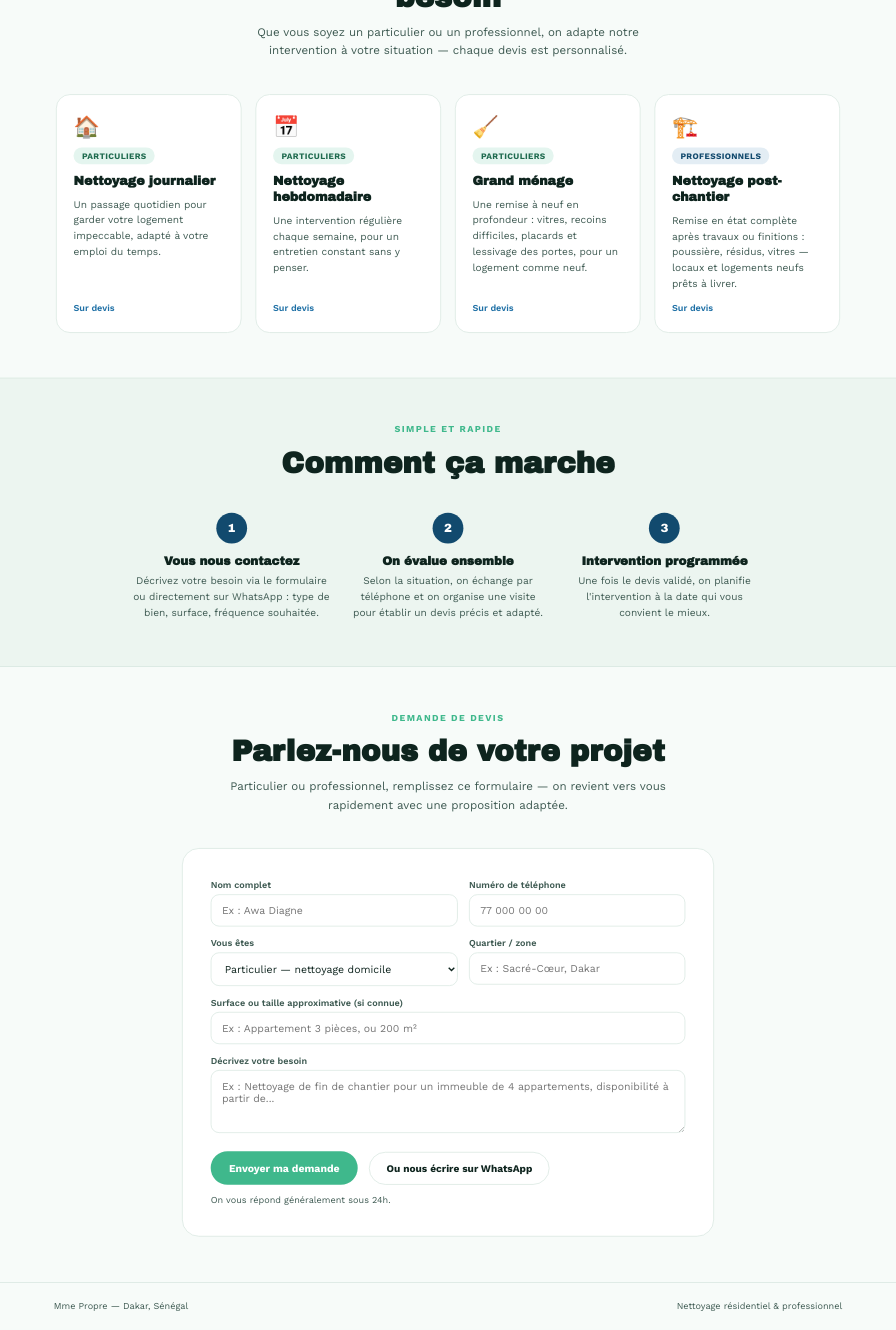
Repository: AntaaaKD/Mme-Propre
Page: Particulier.html
An editor plug-in stored every save of this project. The page is shown before and after the next save, followed by the edit.
The browser window is 1280 px wide. The pictures show the part of the page from y = 811 to 2731 px (the page is 2711 px tall before and 2731 px after), at 70% of full size.

Above is the page before, as saved 2026-07-20 22:20:38.

After the next save:
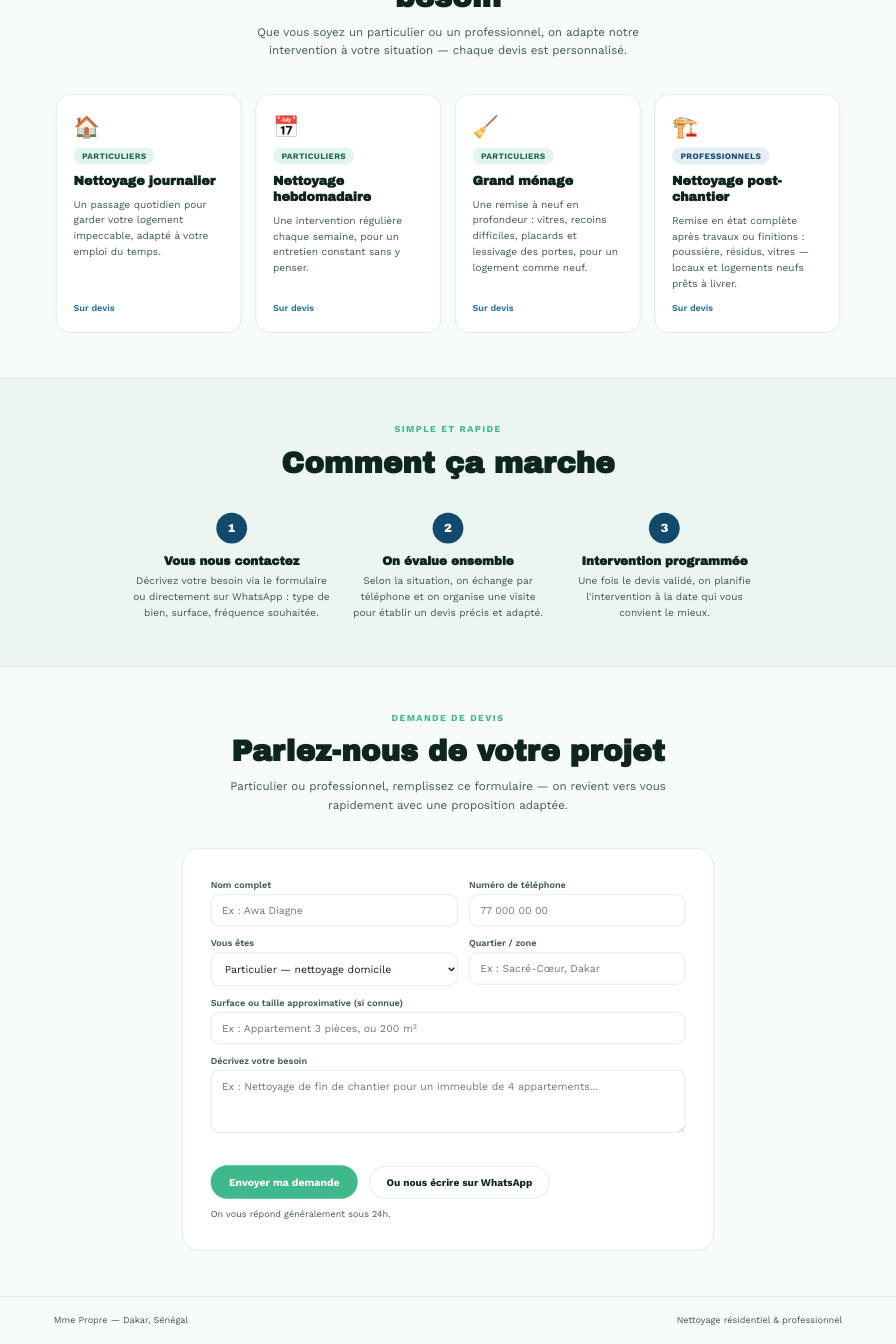
Saved 46 s later.
--- a/Particulier.html
+++ b/Particulier.html
@@ -7,8 +7,11 @@
 <link rel="icon" type="image/png" >
 <link rel="preconnect" href="https://fonts.googleapis.com">
 <link rel="preconnect" href="https://fonts.gstatic.com" crossorigin>
+<link href="https://fonts.googleapis.com/css2?family=Archivo+Black&family=Work+Sans:wght@400;500;600;700&display=swap" rel="stylesheet">
+
+<!-- 🟥 1. SÉCURITÉ : Script Cloudflare Turnstile -->
 <script src="https://challenges.cloudflare.com/turnstile/v0/api.js" async defer></script>
-<link href="https://fonts.googleapis.com/css2?family=Archivo+Black&family=Work+Sans:wght@400;500;600;700&display=swap" rel="stylesheet">
+
 <style>
   :root{
     --surface:#F7FBF9;
@@ -119,7 +122,11 @@
   }
   input:focus,select:focus,textarea:focus{border-color:var(--blue);}
   textarea{resize:vertical;min-height:90px;}
-  .submit-row{margin-top:26px;display:flex;align-items:center;gap:16px;flex-wrap:wrap;}
+
+  /* Style pour aligner joliment le widget Turnstile */
+  .security-row { margin-top: 10px; display: flex; justify-content: center; width: 100%; }
+
+  .submit-row{margin-top:20px;display:flex;align-items:center;gap:16px;flex-wrap:wrap;}
   .btn-whatsapp{
     display:inline-flex;align-items:center;gap:10px;background:var(--mint);color:#fff;border:none;
     border-radius:999px;padding:15px 26px;font-family:var(--body);font-weight:700;font-size:15px;cursor:pointer;
@@ -140,10 +147,8 @@
 <body>
 
 <header>
-    <div class="logo">
-    <img src="images/logo-mmepropre.png"
-         alt="Mme Propre"
-         class="logo-img">
+  <div class="logo">
+    <img src="images/logo-mmepropre.png" alt="Mme Propre" class="logo-img">
   </div>
   <nav>
     <a class="nav-link" href="#offres">Nos offres</a>
@@ -240,24 +245,25 @@
 
   <div class="form-wrap">
     <div class="grid">
-      <div class="field"><label for="d-nom">Nom complet</label><input id="d-nom" type="text" placeholder="Ex : Awa Diagne"></div>
-      <div class="field"><label for="d-tel">Numéro de téléphone</label><input id="d-tel" type="tel" placeholder="77 000 00 00"></div>
+      <div class="field"><label for="d-nom">Nom complet</label><input id="d-nom" type="text" placeholder="Ex : Awa Diagne" maxlength="80"></div>
+      <div class="field"><label for="d-tel">Numéro de téléphone</label><input id="d-tel" type="tel" placeholder="77 000 00 00" maxlength="25"></div>
       <div class="field">
         <label for="d-type">Vous êtes</label>
         <select id="d-type">
-          <option>Particulier — nettoyage domicile</option>
-          <option>Professionnel — nettoyage post-chantier</option>
-          <option>Professionnel — bureaux / locaux</option>
-          <option>Autre</option>
+          <option value="Particulier — Domicile">Particulier — nettoyage domicile</option>
+          <option value="Pro — Post-chantier">Professionnel — nettoyage post-chantier</option>
+          <option value="Pro — Bureaux/Locaux">Professionnel — bureaux / locaux</option>
+          <option value="Autre">Autre</option>
         </select>
       </div>
-      <div class="field"><label for="d-zone">Quartier / zone</label><input id="d-zone" type="text" placeholder="Ex : Sacré-Cœur, Dakar"></div>
-      <div class="field full"><label for="d-surface">Surface ou taille approximative (si connue)</label><input id="d-surface" type="text" placeholder="Ex : Appartement 3 pièces, ou 200 m²"></div>
-      <div class="field full"><label for="d-msg">Décrivez votre besoin</label><textarea id="d-msg" placeholder="Ex : Nettoyage de fin de chantier pour un immeuble de 4 appartements, disponibilité à partir de..."></textarea></div>
-    </div>
-
-    <div class="field full security-row">
-      <div class="cf-turnstile" data-sitekey="0x4AAAAAAD6Cu6YosposxSZD"></div>
+      <div class="field"><label for="d-zone">Quartier / zone</label><input id="d-zone" type="text" placeholder="Ex : Sacré-Cœur, Dakar" maxlength="100"></div>
+      <div class="field full"><label for="d-surface">Surface ou taille approximative (si connue)</label><input id="d-surface" type="text" placeholder="Ex : Appartement 3 pièces, ou 200 m²" maxlength="100"></div>
+      <div class="field full"><label for="d-msg">Décrivez votre besoin</label><textarea id="d-msg" placeholder="Ex : Nettoyage de fin de chantier pour un immeuble de 4 appartements..." maxlength="1000"></textarea></div>
+
+      <!-- 🟥 2. SÉCURITÉ : Widget Turnstile (Coller ta vraie Sitekey publique ici) -->
+      <div class="field full security-row">
+        <div class="cf-turnstile" data-sitekey="0x4AAAAAAA....VOTRE_CLE_PUBLIQUE...."></div>
+      </div>
     </div>
 
     <div class="submit-row">
@@ -274,13 +280,8 @@
 </footer>
 
 <script>
-  // ⚠️ Remplacer par le vrai numéro WhatsApp de Mme Propre, format international sans "+" ni espaces
   const WHATSAPP_NUMBER = "221xxxxxxxxx";
-
-  // ⚠️ Remplacer par l'URL de ton application web Apps Script (se termine par /exec)
   const GAS_WEB_APP_URL = "https://script.google.com/macros/s/AKfycbztkSX3TyebbLAMASZva5rAbgVcuSgHpPOw3mWZLaVD60Z6R83ZnjcCemumw_IpcYI8/exec";
-
-  // Le hero renvoie vers #devis et #offres ; le contact WhatsApp reste disponible via le formulaire de devis plus bas.
 
   function getDevisData(){
     return {
@@ -297,9 +298,16 @@
     const btn = document.getElementById('submit-btn');
     const status = document.getElementById('submit-status');
     const data = getDevisData();
+
+    // 🟥 3. SÉCURITÉ : Extraction du jeton généré par Cloudflare Turnstile
     const turnstileResponse = document.querySelector('[name="cf-turnstile-response"]');
-
-const turnstileToken = turnstileResponse ? turnstileResponse.value : "";
+    const turnstileToken = turnstileResponse ? turnstileResponse.value : "";
+
+    if (!turnstileToken) {
+      status.textContent = "Veuillez valider la vérification de sécurité (anti-bot).";
+      status.style.color = "#B3261E";
+      return;
+    }
 
     if(!data.nom || !data.tel){
       status.textContent = "Merci de renseigner au moins votre nom et votre numéro.";
@@ -310,24 +318,32 @@ const turnstileToken = turnstileResponse ? turnstileResponse.value : "";
     btn.disabled = true;
     btn.textContent = "Envoi en cours...";
     status.style.color = "";
-    status.textContent = "Merci de patienter, ça ne prend que quelques secondes.";
-
-    try{
+    status.textContent = "Validation en cours...";
+
+    try {
+      // 🟥 4. SÉCURITÉ : Transmission du jeton Turnstile avec le payload
       await fetch(GAS_WEB_APP_URL, {
         method: "POST",
         mode: "no-cors",
         headers: { "Content-Type": "text/plain;charset=utf-8" },
-        body: JSON.stringify({ formType: "devis", ...data })
+        body: JSON.stringify({ formType: "devis", turnstileToken, ...data })
       });
 
       btn.textContent = "Envoyé ✓";
       status.style.color = "#3FB88C";
       status.textContent = "Demande reçue ! On revient vers vous très bientôt.";
+
+      // Réinitialisation des champs du formulaire
+      document.querySelectorAll('#devis input, #devis select, #devis textarea').forEach(el => el.value = "");
+
+      // Réinitialisation du widget de sécurité pour une éventuelle nouvelle soumission
+      if (typeof turnstile !== 'undefined') turnstile.reset();
+
     } catch(err){
       btn.disabled = false;
       btn.textContent = "Envoyer ma demande";
       status.style.color = "#B3261E";
-      status.textContent = "Une erreur est survenue, réessayez ou contactez-nous sur WhatsApp.";
+      status.textContent = "Une erreur est survenue lors de l'envoi. Veuillez réessayer.";
     }
   }
 
